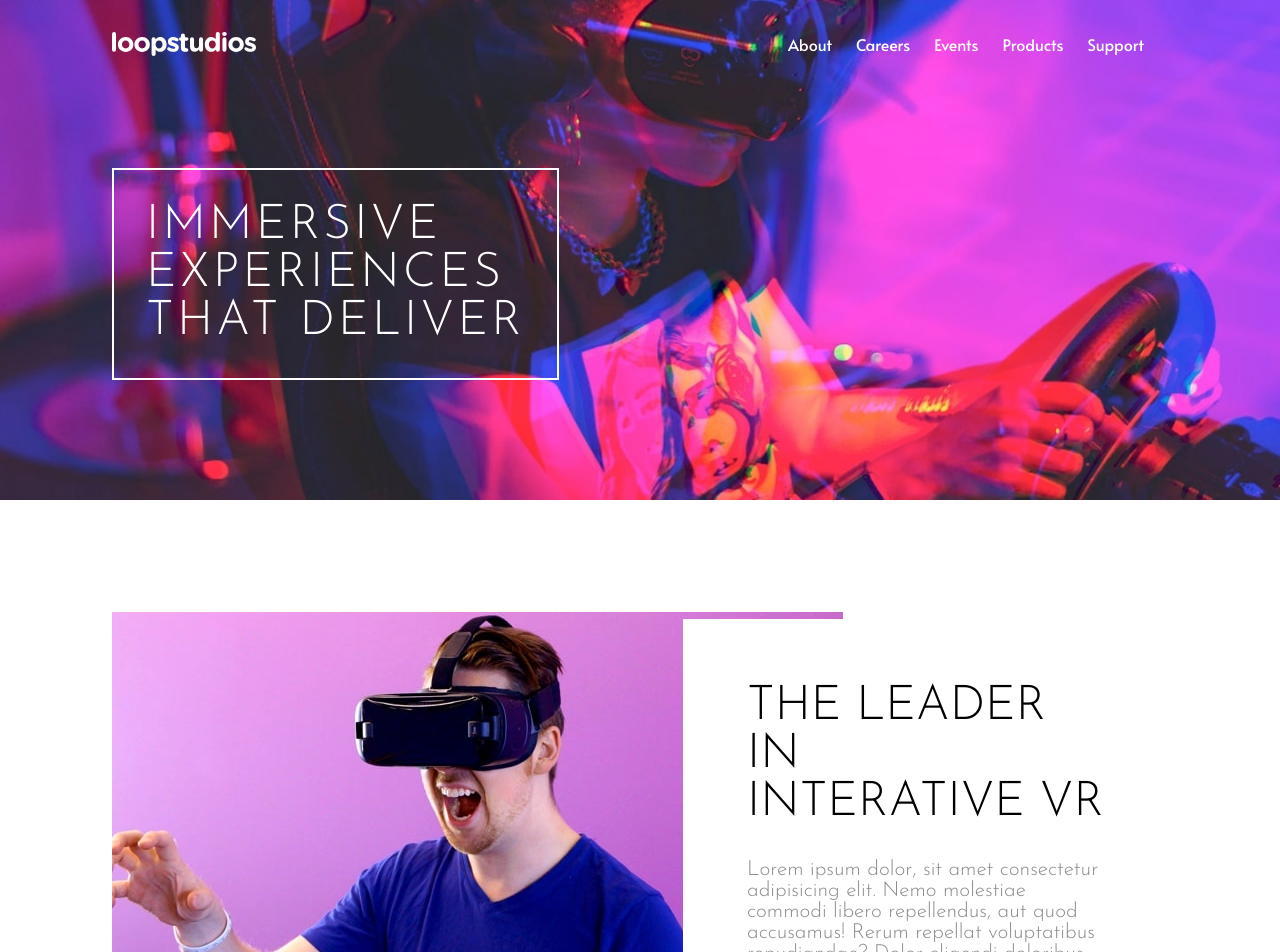
Repository: gligor99/loopstudios-fm
Page: /
The author's editor kept a copy of each file at every save. The page is drawn from the files as they stood at one save, then again after the next save.
The browser window is 1280 px wide. The pictures show the part of the page from y = 0 to 952 px (the page is 3174 px tall before and 3254 px after).
Backgrounds fixed to the window are drawn as part of the page. The project was rebuilt for these pictures with package versions that can differ from the ones it lists, and the page was loaded fresh each time.

Above is the page before, as saved 2021-11-28 18:27:42.

After the next save:
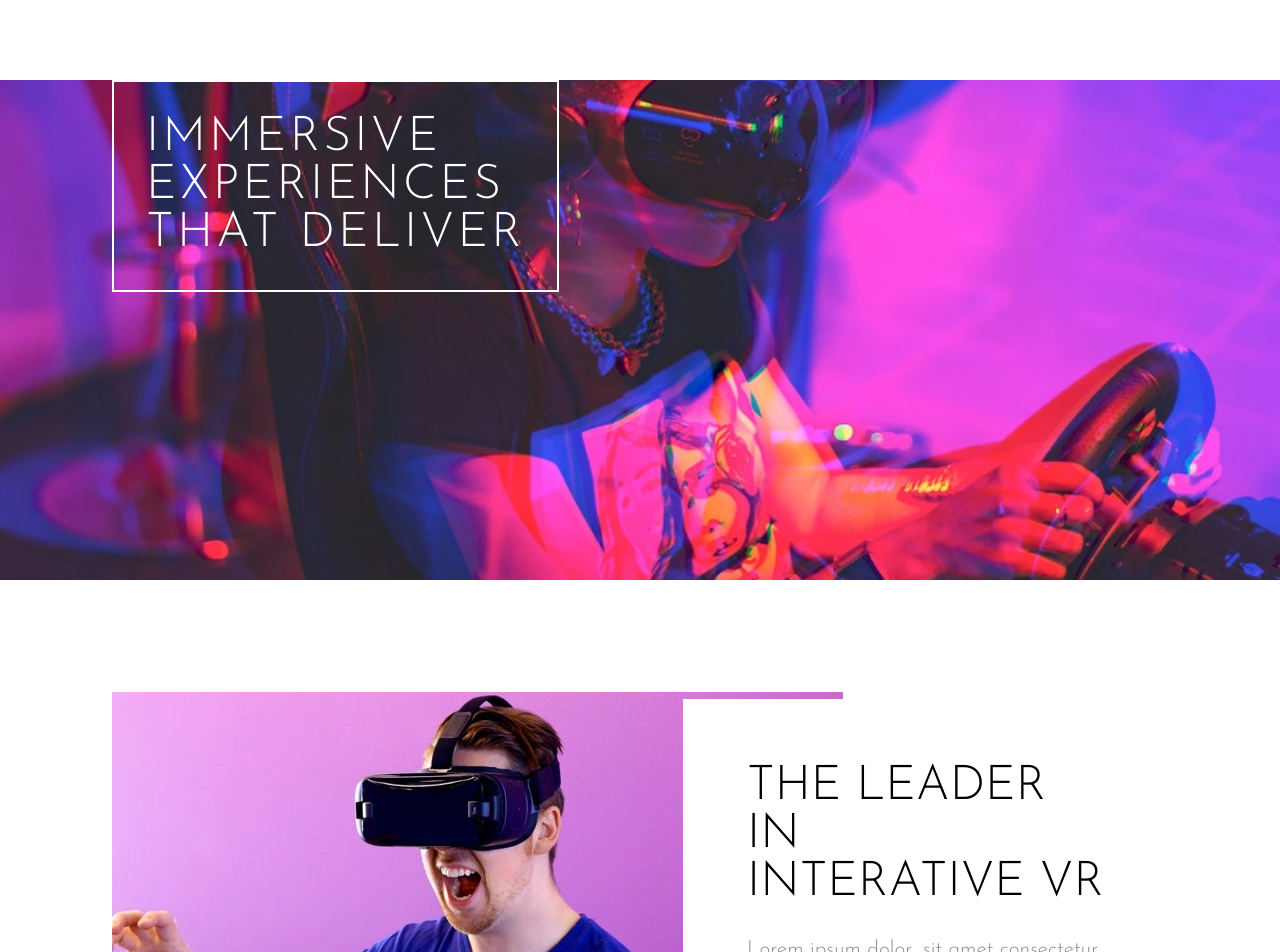
Saved 35 s later.
--- a/src/index.css
+++ b/src/index.css
@@ -23,6 +23,6 @@
 }
 
 .wrapper {
-  position: sticky;
+  position: fixed;
   top: 0;
 }

After the save that followed:
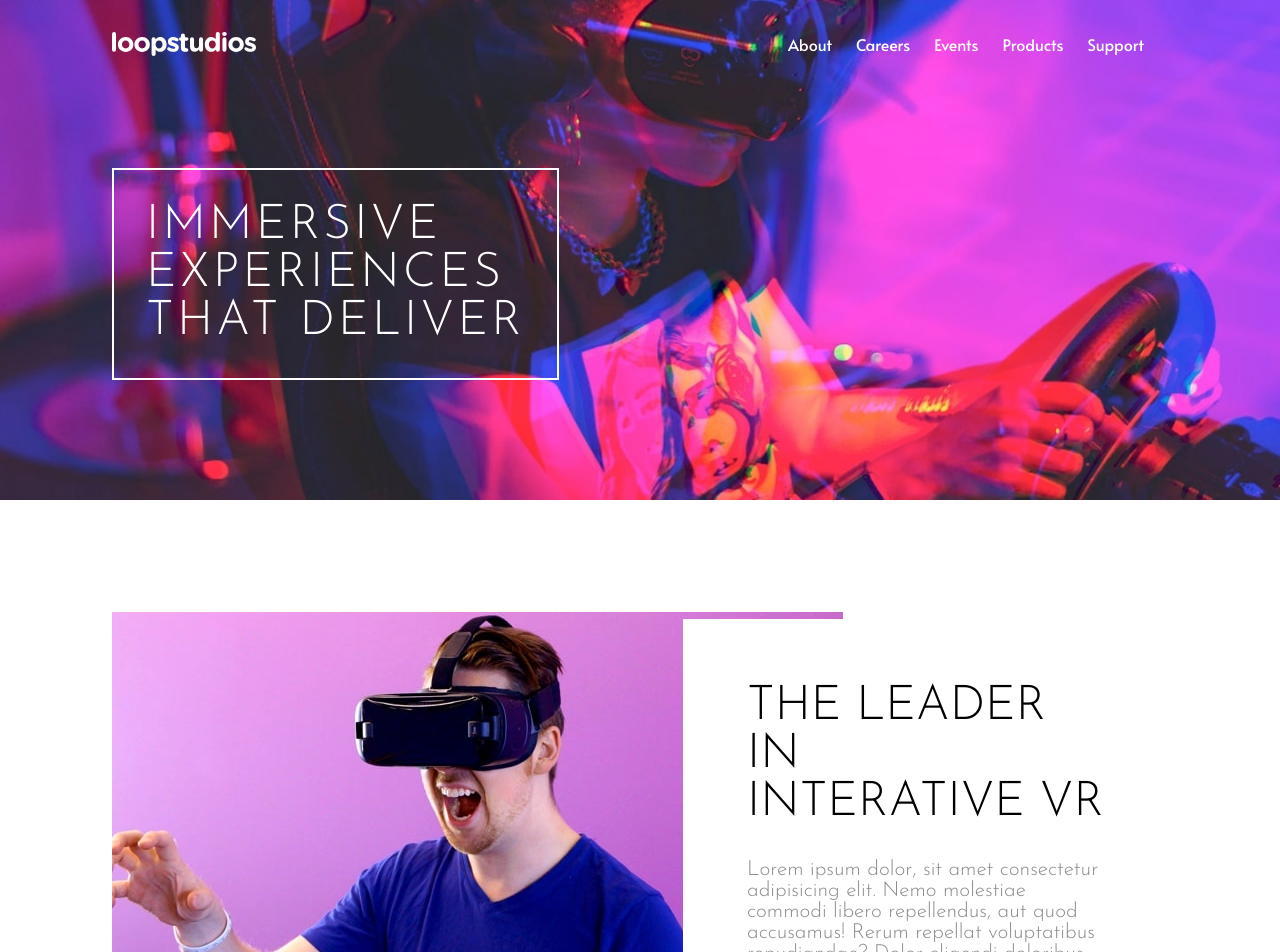
Saved 6 s later.
--- a/src/index.css
+++ b/src/index.css
@@ -23,6 +23,6 @@
 }
 
 .wrapper {
-  position: fixed;
+  position: sticky;
   top: 0;
 }
